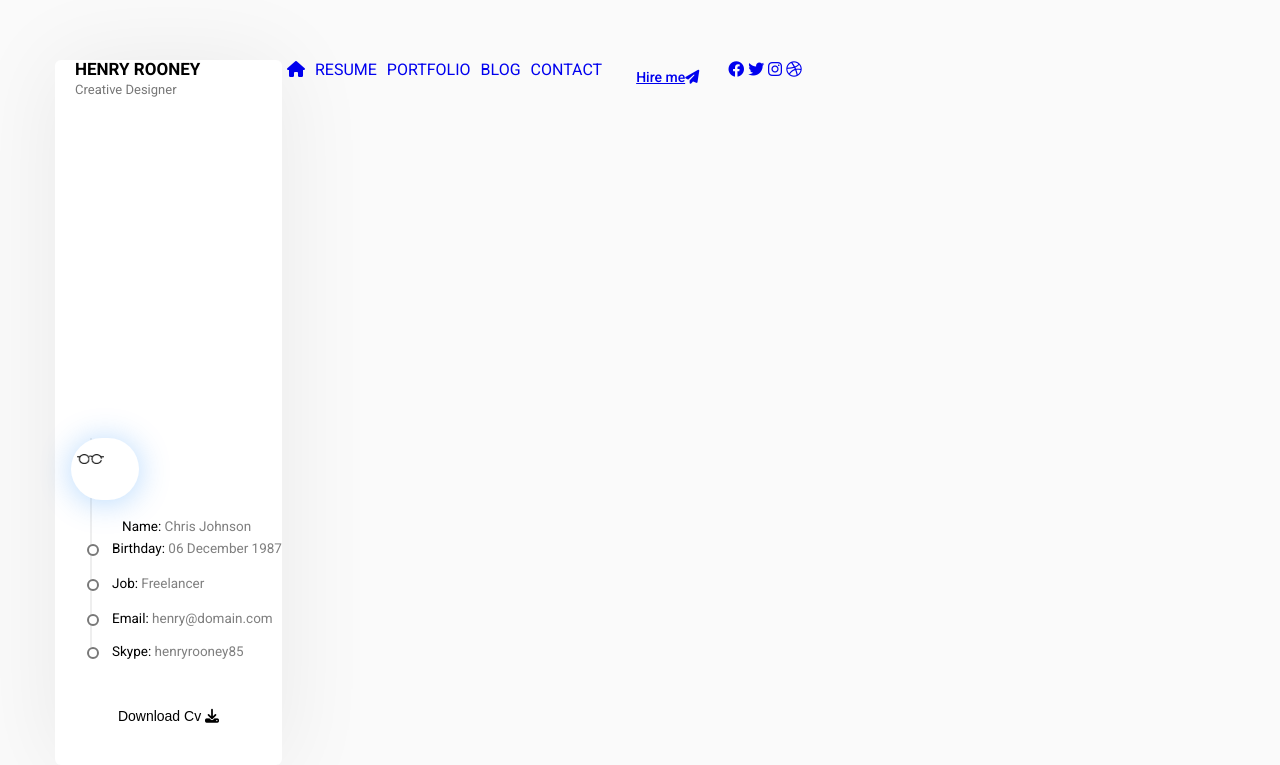
Repository: Lehuyhuynh/mat
Page: index.html
The author's editor kept a copy of each file at every save. The page is drawn from the files as they stood at one save, then again after the next save.
The browser window is 1280 px wide. The pictures show the whole page.

Above is the page before, as saved 2023-04-12 12:27:54.

After the next save:
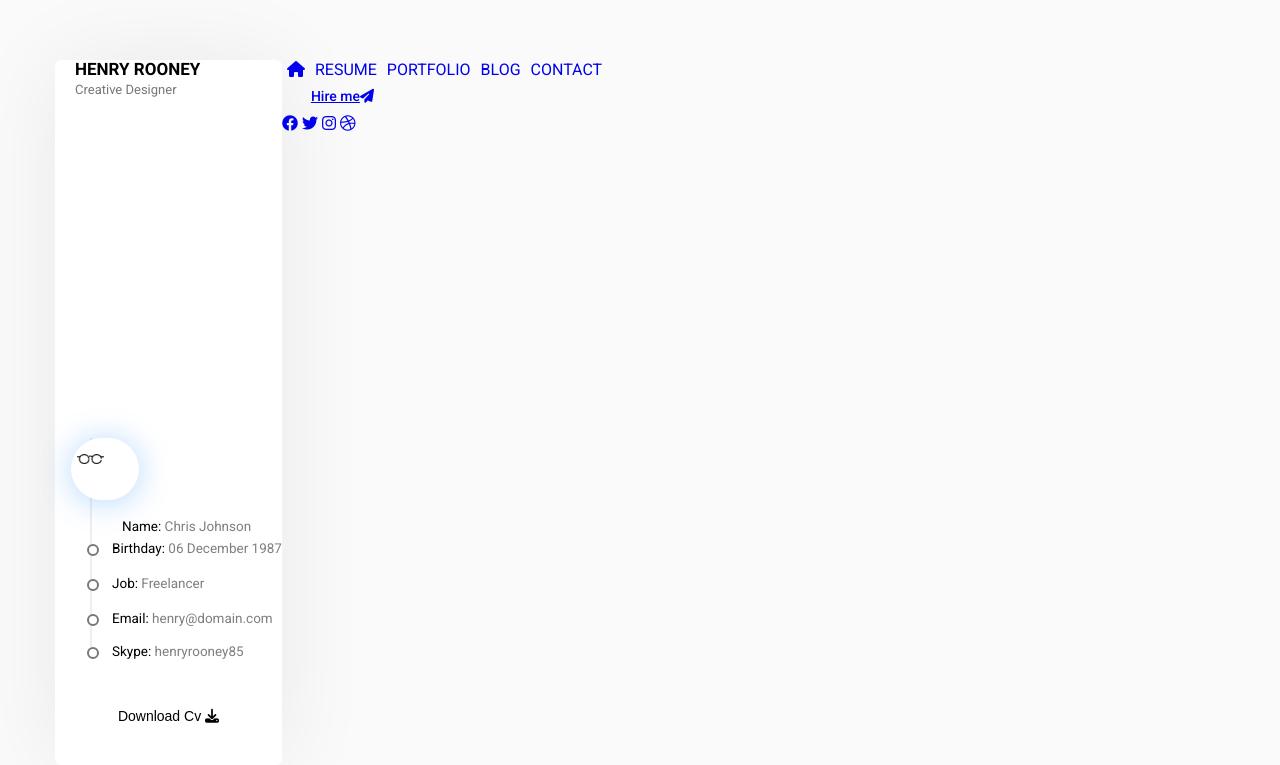
Saved 5 s later.
--- a/index.html
+++ b/index.html
@@ -79,7 +79,7 @@
 
                 <div  class="row">
 
-
+                    <header
                     <div class="col-md-8 col-sm-8-col-xs-4">
 
                         <ul class="tabs">

After the 2 saves that followed:
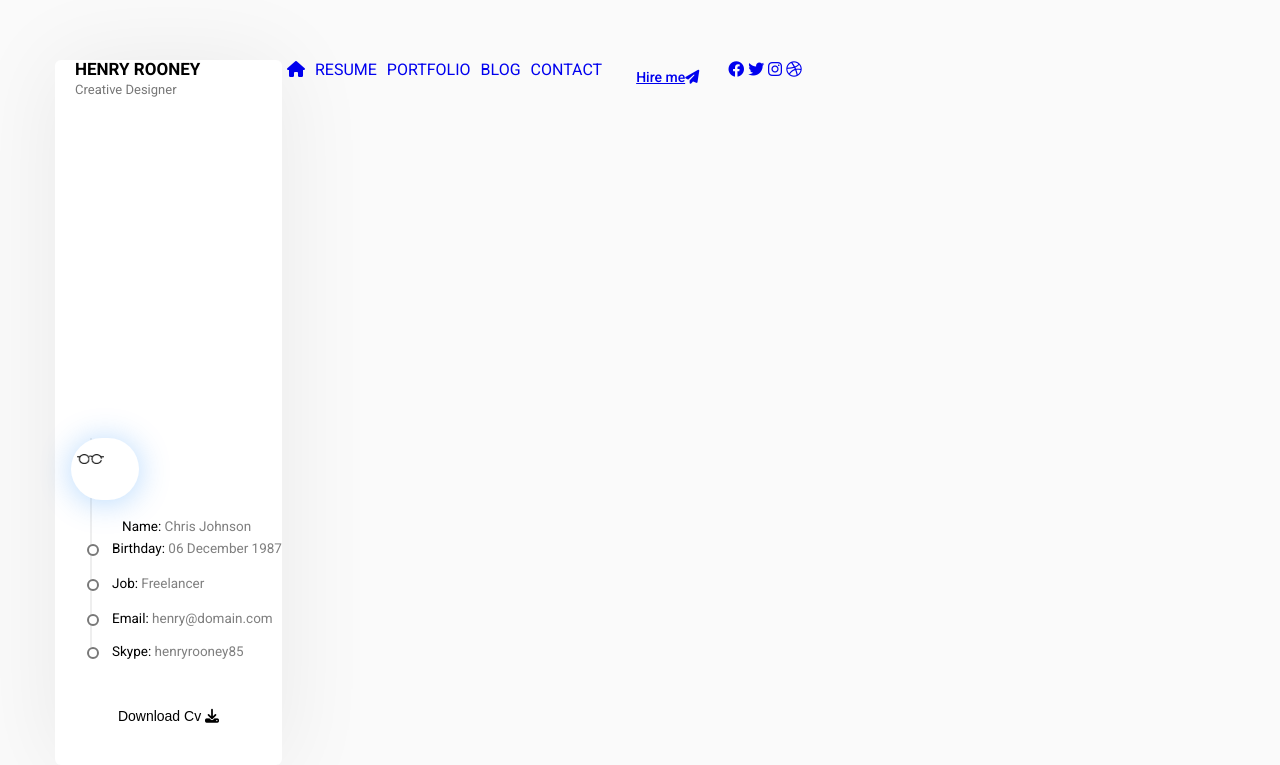
The 2 saves are shown as one change because they came seconds apart.
The last was saved 7 s later.
--- a/index.html
+++ b/index.html
@@ -79,7 +79,7 @@
 
                 <div  class="row">
 
-                    <header
+                    <header></header>
                     <div class="col-md-8 col-sm-8-col-xs-4">
 
                         <ul class="tabs">
